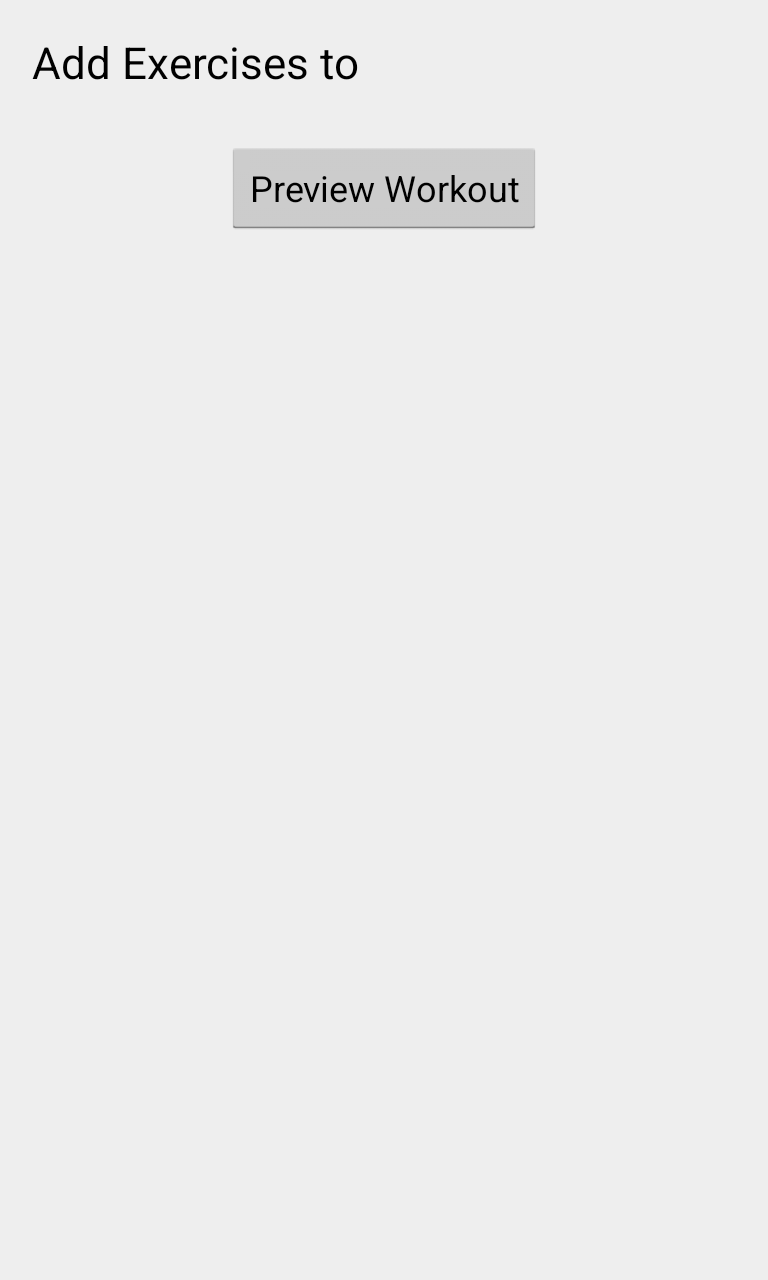
Repository: jmcdon09/EZWorkout
Layout: EzTrain/EzTrain/res/layout/activity_add_exercises.xml
These files come from the project's save history. The layout is drawn as it stood at one moment and after the next save; the edit follows.
It is drawn on a 768 x 1280 px phone screen (xhdpi) without system bars, with theme AppTheme; the app's code is not run. Lists and similar views that code fills are empty.

Above is the layout before, as saved 2014-03-28 14:55:59.

After the next save:
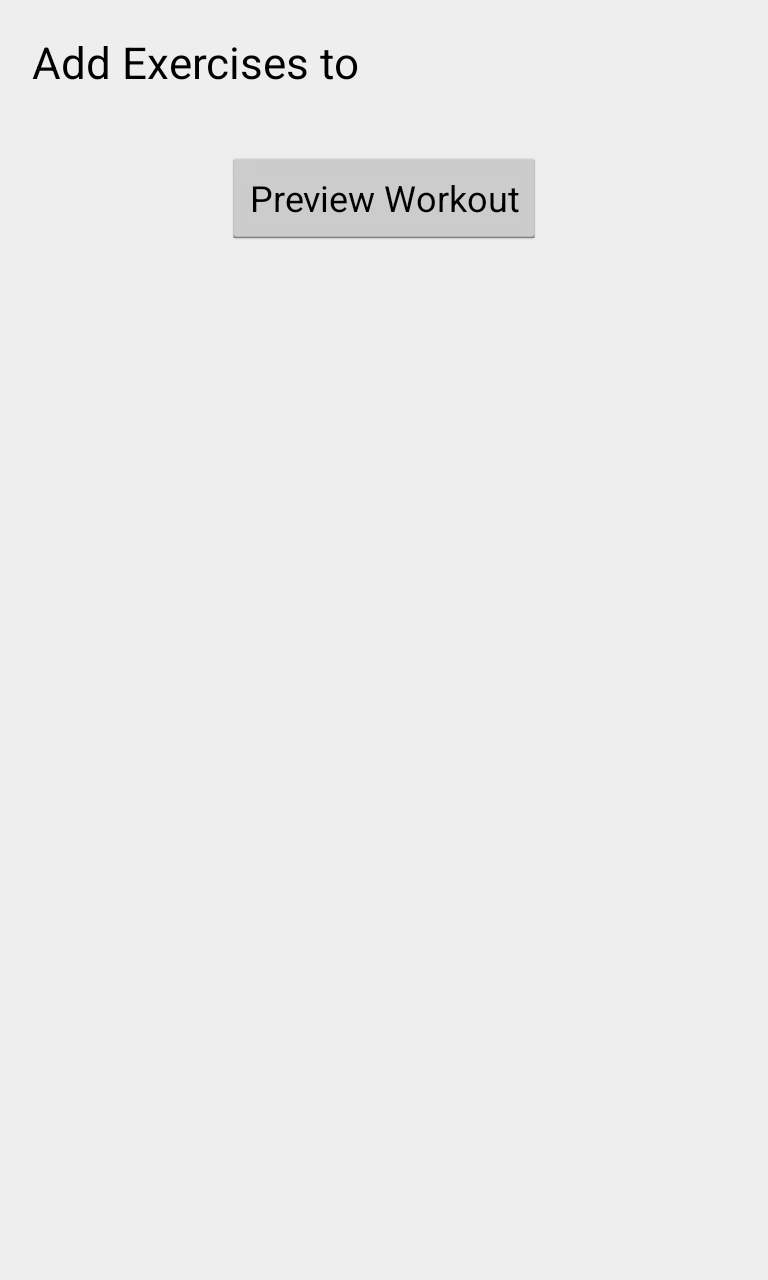
Saved 8 min 54 s later.
--- a/EzTrain/EzTrain/res/layout/activity_add_exercises.xml
+++ b/EzTrain/EzTrain/res/layout/activity_add_exercises.xml
@@ -26,7 +26,7 @@
             android:id="@+id/workout_name"
             android:layout_width="wrap_content"
             android:layout_height="wrap_content"
-            android:textAppearance="?android:attr/textAppearanceMedium" />
+            android:textAppearance="?android:attr/textAppearanceLarge" />
 
     </LinearLayout>
 
@@ -34,7 +34,7 @@
         android:id="@+id/muscle_group"
         android:layout_width="wrap_content"
         android:layout_height="wrap_content"
-        android:textAppearance="?android:attr/textAppearanceMedium" />
+        android:textAppearance="?android:attr/textAppearanceLarge" />
 
     <ListView
         android:id="@+id/exercise_list"
